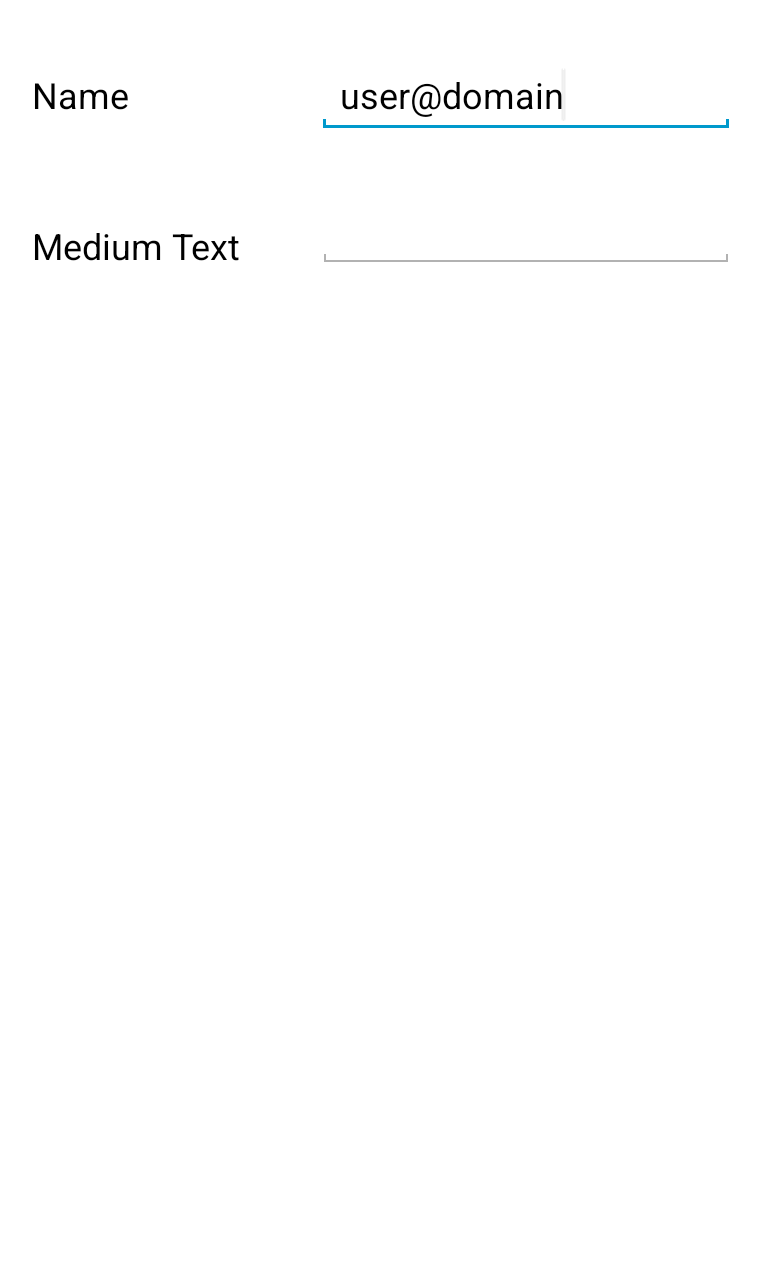
Repository: srikraj8341/srikanthrepo
Layout: android/MyFirstApp/res/layout/activity_main.xml
The author's editor kept a copy of each file at every save. The layout is drawn from the files as they stood at one save, then again after the next save.
It is drawn on a 768 x 1280 px phone screen (xhdpi) without system bars, with theme AppTheme; the app's code is not run.

Above is the layout before, as saved 2012-09-22 06:41:55.

### android/MyFirstApp/res/layout/activity_main.xml
<RelativeLayout xmlns:android="http://schemas.android.com/apk/res/android"
    xmlns:tools="http://schemas.android.com/tools"
    android:layout_width="fill_parent"
    android:layout_height="fill_parent"
    android:paddingLeft="16dp"
    android:paddingRight="16dp" >

    <TextView
        android:id="@+id/textView3"
        android:layout_width="96dp"
        android:layout_height="wrap_content"
        android:layout_alignParentLeft="true"
        android:layout_marginTop="35dp"
        android:text="@string/User_name"
        android:textAppearance="?android:attr/textAppearanceMedium" />


    <EditText
        android:id="@+id/editText1"
        android:layout_width="wrap_content"
        android:layout_height="wrap_content"
        android:layout_alignBaseline="@+id/textView3"
        android:layout_alignBottom="@+id/textView3"
        android:layout_alignParentRight="true"
        android:ems="10"
        android:inputType="textEmailAddress"
        android:text="@string/textEmailAddress" >

        <requestFocus />
    </EditText>

    <EditText
        android:id="@+id/editText3"
        android:layout_width="wrap_content"
        android:layout_height="wrap_content"
        android:layout_alignRight="@+id/editText1"
        android:layout_below="@+id/editText1"
        android:layout_marginTop="28dp"
        android:ems="10"
        android:inputType="textPassword"
        android:text="" />

    <TextView
        android:id="@+id/textView1"
        android:layout_width="wrap_content"
        android:layout_height="wrap_content"
        android:layout_alignBottom="@+id/editText3"
        android:layout_alignParentLeft="true"
        android:text="Medium Text"
        android:textAppearance="?android:attr/textAppearanceMedium" />

</RelativeLayout>

### android/MyFirstApp/res/values/strings.xml
<resources>

    <string name="app_name">Play Finder</string>
    <string name="hello_world">Hello world!</string>
    <string name="menu_settings">Settings</string>
    <string name="title_activity_main">MainActivity</string>
    <string name="edit_message">Enter a message</string>
    <string name="button_send">send</string>
    <string name="title_activity_display_message">My Message</string>
    <string name="User_name">Name</string>
    <string name="textEmailAddress">user@domain</string>
    <string name="Password">Password</string>



</resources>

Loaded but not shown: android/MyFirstApp/res/values-v11/styles.xml (common file); android/MyFirstApp/res/values-v14/styles.xml (common file); android/MyFirstApp/res/values/styles.xml (common file)

After the next save:
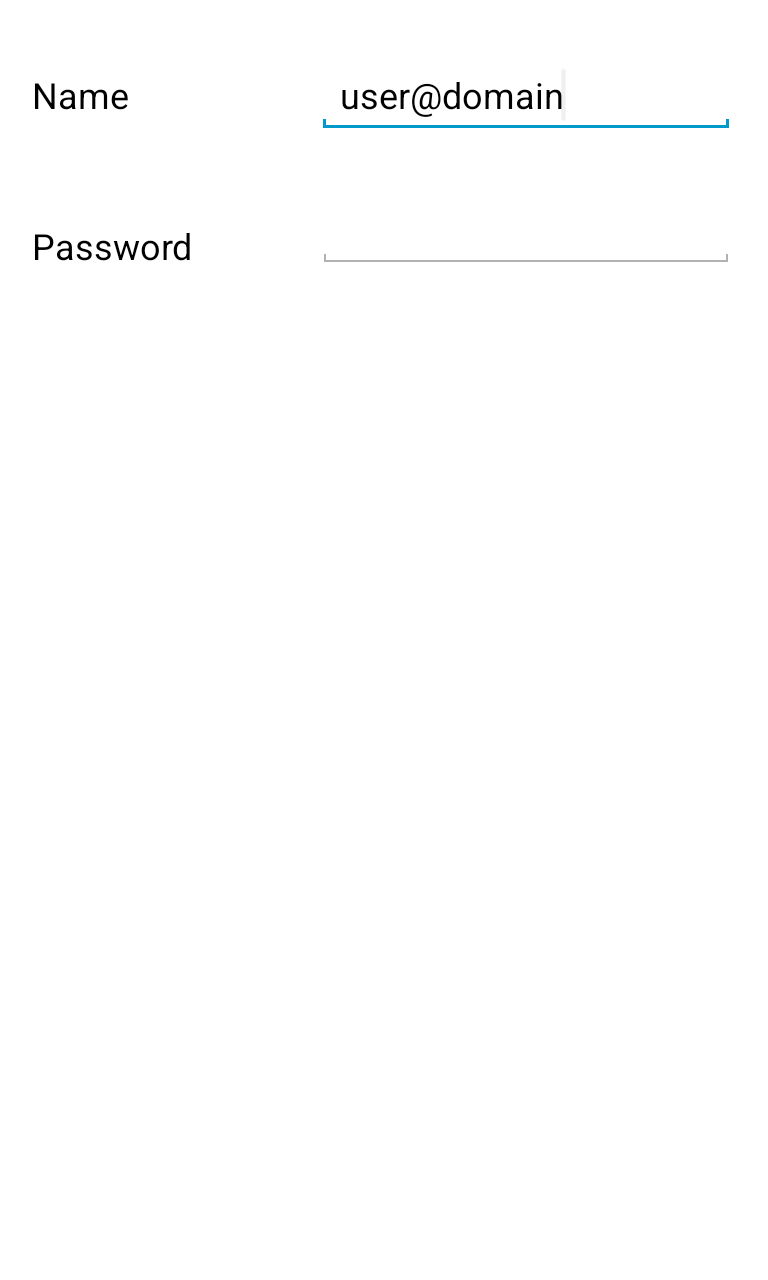
Saved 43 s later.
--- a/android/MyFirstApp/res/layout/activity_main.xml
+++ b/android/MyFirstApp/res/layout/activity_main.xml
@@ -46,7 +46,7 @@
         android:layout_height="wrap_content"
         android:layout_alignBottom="@+id/editText3"
         android:layout_alignParentLeft="true"
-        android:text="Medium Text"
+        android:text="@string/Password"
         android:textAppearance="?android:attr/textAppearanceMedium" />
 
 </RelativeLayout>
